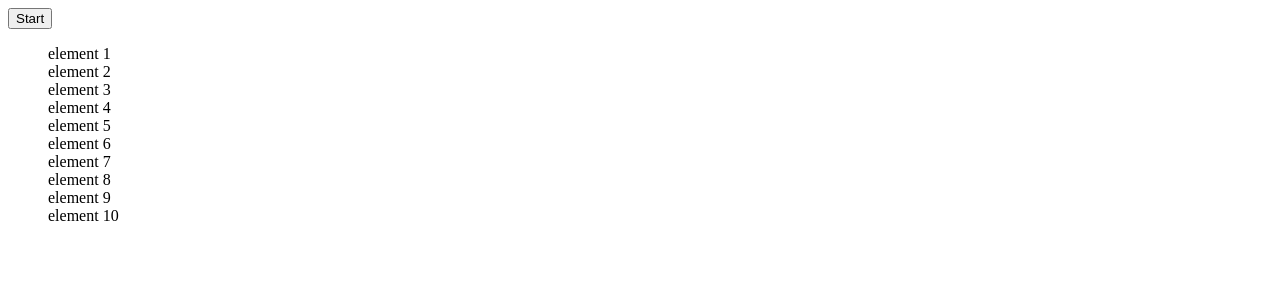
Repository: bartosz1919/Exercise-with-JS---MouseEvents--
Page: index.html
An editor plug-in stored every save of this project. The page is shown before and after the next save, followed by the edit.
The browser window is 1280 px wide. The pictures show the whole page.
After loading, the first visible `button` was clicked once.

Above is the page before, as saved 2020-03-24 22:59:35.

### index.html
<!-- Projekt 3 - PĘTLA - PLIK STARTOWY ZADANIE 1 -->
<!-- Gotowy projekt możesz zobacz tutaj https://websamuraj.pl/examples/js/projekt3-zad1/ -->

<!--
Lista jest już stworzona w strukturze html, ale domyślnie niewidoczna (display: none).
- Po kliknięciu na przycisk (button już jest) mamy sprawić by każdy element li był widoczny (ustawienie własciwości display na block)
- by po każdym kliknięciu w button wielkość fonta była o jeden większa od początkowego (ustaw w JS wartość początkową na 10px, użyj zmiennej).

Nie zmieniaj nic w html i css. Mozesz zmieniać tylko plik JavaScript.

Zrób to zadanie (najpierw) za pomocą pętli i (potem) za pomocą metody forEach.

-->
<!DOCTYPE html>
<html lang="en">

<head>
  <meta charset="UTF-8">
  <title>10 elementów listy</title>
  <style>
    li {
      display: none
    }
  </style>

</head>

<body>
  <!-- Ciekawostka: By stworzyć taką strukturę za pomocą skrótu (Emmet) możesz napisać: button+ul>li*10>{element - $} -->

  <button>Start</button>
  <ul>
    <li>element 1</li>
    <li>element 2</li>
    <li>element 3</li>
    <li>element 4</li>
    <li>element 5</li>
    <li>element 6</li>
    <li>element 7</li>
    <li>element 8</li>
    <li>element 9</li>
    <li>element 10</li>
  </ul>

  <script src="main.js"></script>

</body>

</html>

### main.js
const btn = document.querySelector("button");
const li = document.querySelectorAll("li");
let size = 10;


btn.addEventListener("click", () => {



    for (let i = 0; i < li.length; i++) {
        li[i].style.display = "block";
        size++;
        console.log('dupa');



    }

    document.body.fontSize = size + "px";

})

After the next save:
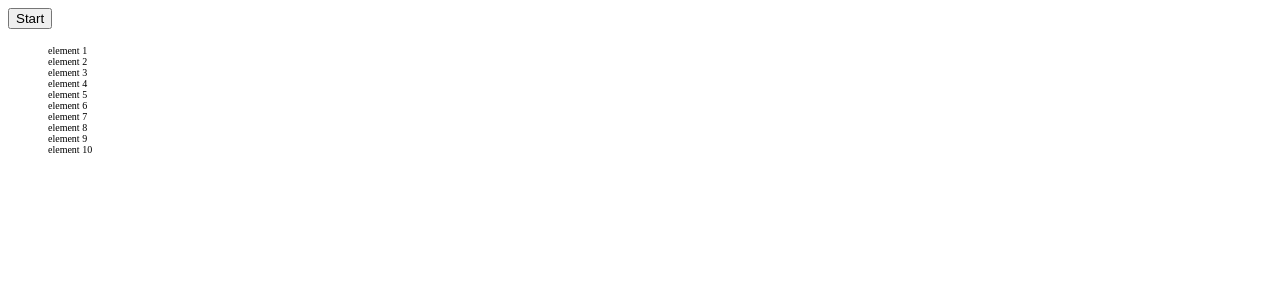
Saved 72 s later.
--- a/main.js
+++ b/main.js
@@ -9,13 +9,13 @@
 
     for (let i = 0; i < li.length; i++) {
         li[i].style.display = "block";
-        size++;
-        console.log('dupa');
+        li[i].style.fontSize = "10px";
+
 
 
 
     }
 
-    document.body.fontSize = size + "px";
+
 
 })

After the 2 saves that followed:
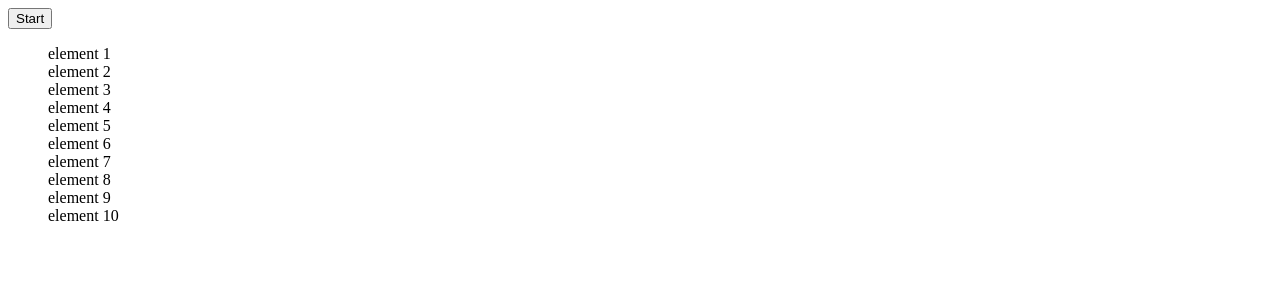
Console error: ReferenceError: i is not defined
The 2 saves are shown as one change because 1 left the picture as it was.
The last was saved 2 min 1 s later.
--- a/main.js
+++ b/main.js
@@ -6,16 +6,16 @@
 btn.addEventListener("click", () => {
 
 
-
+    size++;
     for (let i = 0; i < li.length; i++) {
         li[i].style.display = "block";
-        li[i].style.fontSize = "10px";
+        li[i].style.fontSize = "${fontSize}px";
 
 
 
 
     }
-
+    li[i].style.fontSize = "10px";
 
 
 })
